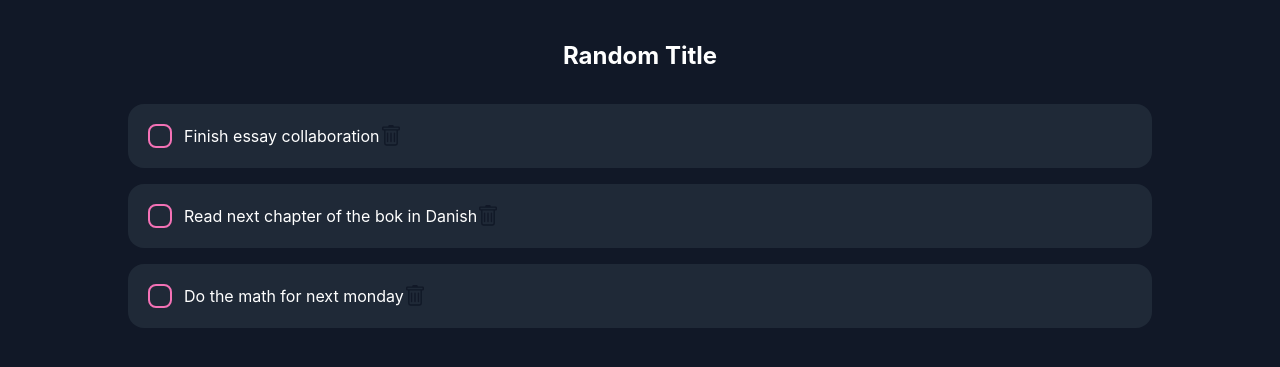
Repository: VachArt/react-exam-work
Page: /
An editor plug-in stored every save of this project. The page is shown before and after the next save, followed by the edit.
The browser window is 1280 px wide. The pictures show the whole page.
The project was rebuilt for these pictures with package versions that can differ from the ones it lists, and the page was loaded fresh each time.

Above is the page before, as saved 2022-04-27 21:13:36.

### src/index.jsx
import React from 'react'
import ReactDOM from 'react-dom/client'
import './index.css'
import Home from './components/pages/Home/Home'
import Layout from './components/layout/Layout'

const root = ReactDOM.createRoot(document.getElementById('root'));
root.render(
  <React.StrictMode>
    <Layout>
      <Home />
    </Layout>
  </React.StrictMode>
);

### src/components/pages/Home/Home.jsx
import React, { useState } from 'react'
import TodoItem from './item/TodoItem'

const data = [
    {
        _id: "efnejhj",
        title: "Finish essay collaboration",
        isCompleted: false,
    },
    {
        _id: "efnejhrrrr",
        title: "Read next chapter of the bok in Danish",
        isCompleted: false,
    },
    {
        _id: "efnejhj2323",
        title: "Do the math for next monday",
        isCompleted: false,
    }
]

const Home = () => {
    const [todos, setTodos] = useState(data)

    const changeTodo = (id) => {
        const copy = [...todos]
        const current = copy.find(t => t._id === id)
        current.isCompleted = !current.isCompleted
        setTodos(copy)
    }

    const removeTodo = id =>
        setTodos([...todos].filter(t => t.id !== id))

    return (
        <div className='text-white w-4/5 mx-auto'>
            <h1 className='text-2xl font-bold text-center mb-8'>Random Title</h1>
            {todos.map(todo => (
                <TodoItem
                    key={todo._id}
                    todo={todo}
                    changeTodo={changeTodo}
                    removeTodo={removeTodo}
                />
            ))}
        </div>
    )
}

export default Home

### src/components/layout/Layout.jsx
import React from 'react'

const Layout = ({ children }) => {
    return <div className='py-10 bg-gray-900 h-screen'>{children}</div>
}

export default Layout

### src/components/pages/Home/item/TodoItem.jsx
import React from 'react'
import Check from './Check'
import cn from 'classnames'
import {BsTrash} from 'react-icons/bs'

const TodoItem = ({todo, changeTodo}) => {
    return (
        <button className='flex items-center mb-4 rounded-2xl bg-gray-800 p-5 w-full'
            onClick={() => changeTodo(todo._id)}
        >
            <Check isCompleted={todo.isCompleted} />
            <span
                className={cn({
                    'line-through': todo.isCompleted,
                })}
            >
                {todo.title}
            </span>
            <BsTrash size={22} className='text-gray-900' />
        </button>
    )
}



export default TodoItem

### src/components/pages/Home/item/Check.jsx
import React from 'react'
import {BsCheck} from 'react-icons/bs'
import cn from 'classnames'

const Check = ({isCompleted}) => {
    return (
        <div className={cn(`border-2 rounded-lg border-pink-400 w-6 h-6 mr-3 flex items-center justify-center`,
                {
                    'bg-pink-400': isCompleted,
                }
            )}
        >
            {isCompleted && <BsCheck size={24}
            className='text-gray-900'/>}
        </div>
    )
}

export default Check

Loaded but not shown: public/index.html (common file); src/index.css (common file); tailwind.config.js (common file)

After the next save:
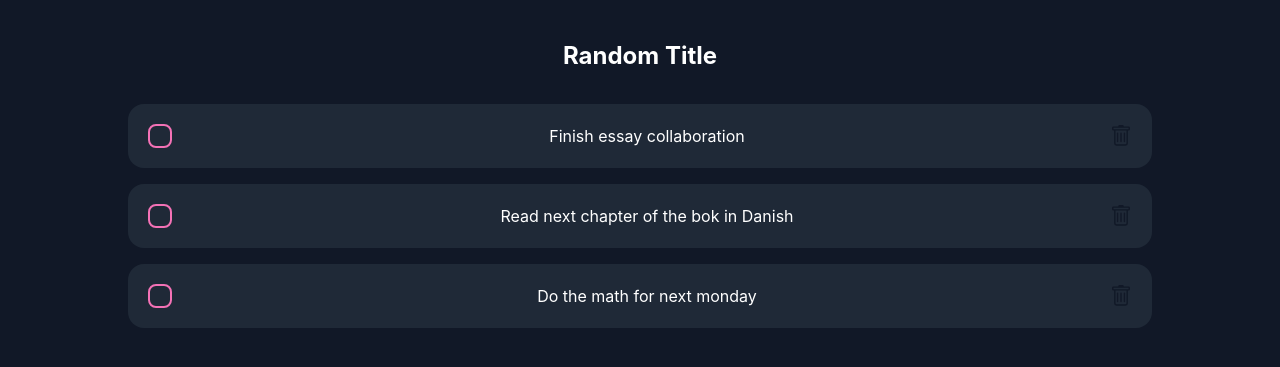
Saved 6 min 48 s later.
--- a/src/components/pages/Home/item/TodoItem.jsx
+++ b/src/components/pages/Home/item/TodoItem.jsx
@@ -5,16 +5,18 @@ import {BsTrash} from 'react-icons/bs'
 
 const TodoItem = ({todo, changeTodo}) => {
     return (
-        <button className='flex items-center mb-4 rounded-2xl bg-gray-800 p-5 w-full'
+        <button className='flex items-center justify-between mb-4 rounded-2xl bg-gray-800 p-5 w-full'
             onClick={() => changeTodo(todo._id)}
         >
             <Check isCompleted={todo.isCompleted} />
-            <span
-                className={cn({
-                    'line-through': todo.isCompleted,
-                })}
-            >
-                {todo.title}
+            <span className='flex items-center'>
+                <span
+                    className={cn({
+                        'line-through': todo.isCompleted,
+                    })}
+                >
+                    {todo.title}
+                </span>
             </span>
             <BsTrash size={22} className='text-gray-900' />
         </button>
